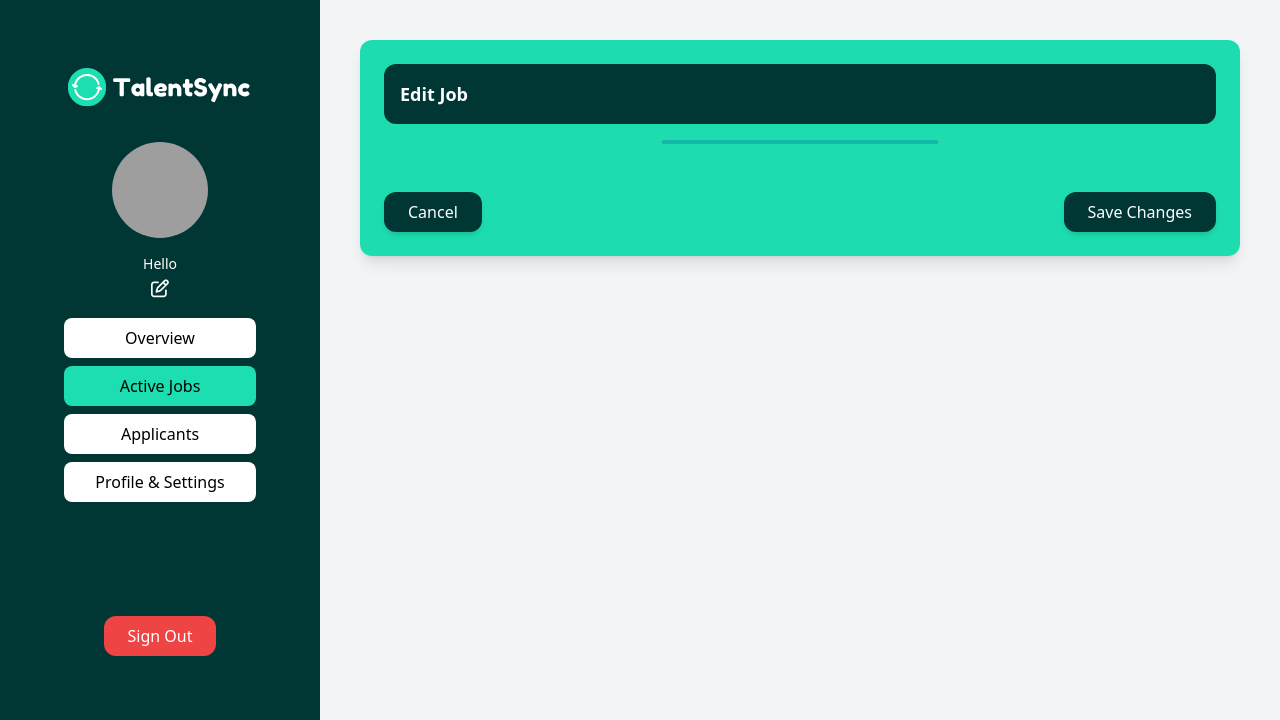
Repository: AbdullahScriptStudio/TalentSync
Page: recruiter/templates/recruiter/job_edit.html
These files come from the project's save history. The page is drawn as it stood at one moment and after the next save; the edit follows.
The browser window is 1280 px wide. The pictures show the whole page.
Pictures or frames that could not be fetched are drawn as grey boxes. Some web libraries are served in a nearby version. The page is served by the project's application, run on Django 5.2 (manage.py). Other server files are loaded and not shown. The template is opened directly, without the code that normally fills it, so the values that code supplies are empty.

Above is the page before, as saved 2025-03-26 23:15:10.

### recruiter/templates/recruiter/job_edit.html
<!DOCTYPE html>
<html lang="en">
{% load static %}

<head>
    <meta charset="UTF-8">
    <meta name="viewport" content="width=device-width, initial-scale=1.0">
    <script src="https://cdn.tailwindcss.com"></script>
    <link rel="stylesheet" href="https://cdnjs.cloudflare.com/ajax/libs/font-awesome/6.0.0-beta3/css/all.min.css">
    <title>Edit Job</title>
</head>

<body class="bg-gray-100">
    <div class="flex min-h-screen">
        <!-- Sidebar -->
        <div class="bg-[#003634] text-white w-1/4 p-6 flex flex-col items-center fixed h-full" style="padding: 4rem;">
            <div class="flex items-center mb-8">
                <img alt="TalentSync logo" class="w-48 h-auto" src="{% static 'images/logo.svg' %}" />
            </div>
            <img alt="Profile picture of {{ user.first_name }}" class="w-24 h-24 rounded-full mb-4" height="100" src="{% static 'images/dog-profile.svg' %}" width="100" />
            <div class="text-center mb-4">
                <p class="text-sm">Hello</p>
                <p class="text-lg">{{ user.first_name }} {{ user.last_name }} <i class="fa-regular fa-pen-to-square"></i></p>
            </div>
            <nav class="flex flex-col w-full">
                <a href="overviewDashboard.html" class="bg-white text-white py-2 px-4 rounded mb-2" style="border-radius: 0.5rem; color: rgb(0 0 0); text-align: center;">Overview</a>
                <a href="activeJobsDashboard.html" class="bg-[#1cdeb0] text-teal-900 py-2 px-4 rounded mb-2" style="border-radius: 0.5rem; color: rgb(0 0 0); text-align: center;">Active Jobs</a>
                <a href="applicantsDashboard.html" class="bg-white text-teal-900 py-2 px-4 rounded mb-2" style="border-radius: 0.5rem; color: rgb(0 0 0); text-align: center;">Applicants</a>
                <a href="#" class="bg-white text-teal-900 py-2 px-4 rounded mb-2" style="border-radius: 0.5rem; color: rgb(0 0 0); text-align: center;">Profile &amp; Settings</a>
            </nav>
            <a href="{% url 'user_logout' %}" class="mt-auto bg-red-500 py-2 px-6 rounded-xl">Sign Out</a>
        </div>

        <!-- Main Content -->
        <div class="flex-1 p-10 ml-[25%] overflow-y-auto">
            <div class="bg-[#1dddb0] p-6 rounded-xl shadow-lg">
                <h2 class="text-lg font-bold mb-4 bg-[#003634] text-white p-4 rounded-xl">Edit Job</h2>

                <!-- Progress Bar -->
                <div class="flex justify-center mb-6">
                    <div class="w-1/3 h-1 bg-gray-300 rounded-full">
                        <div class="h-full bg-teal-500 rounded-full" style="width: 100%;"></div>
                    </div>
                </div>

                <!-- Job Information Form -->
                <form method="POST">
                    {% csrf_token %}

                    <div class="grid grid-cols-1 md:grid-cols-2 gap-6">
                        {% for field in form %}
                        <div>
                            <label class="block text-lg font-semibold mb-2">{{ field.label }}</label>
                            <div class="relative">
                                {{ field }}
                            </div>
                            {% if field.errors %}
                                <p class="text-red-500 text-sm mt-1">{{ field.errors }}</p>
                            {% endif %}
                        </div>
                        {% endfor %}
                    </div>

                    <div class="flex justify-between mt-6">
                        <button type="button" class="bg-[#003634] text-white py-2 px-6 rounded-xl shadow-md hover:bg-[#002522] transition" onclick="window.location.href='/recruiter/jobs/'">Cancel</button>
                        <button type="submit" class="bg-[#003634] text-white py-2 px-6 rounded-xl shadow-md hover:bg-[#002522] transition">Save Changes</button>
                    </div>
                </form>
            </div>
        </div>
    </div>

    <script>
        document.addEventListener('DOMContentLoaded', function () {
            const inputs = document.querySelectorAll('input, select, textarea');
            inputs.forEach(input => {
                input.classList.add('w-full', 'p-3', 'text-sm', 'border', 'rounded-lg', 'focus:outline-none', 'focus:ring-2', 'focus:ring-teal-500');
            });
        });
    </script>
</body>
</html>

### talentsync/urls.py
"""
URL configuration for talentsync project.

The `urlpatterns` list routes URLs to views. For more information please see:
    https://docs.djangoproject.com/en/5.1/topics/http/urls/
Examples:
Function views
    1. Add an import:  from my_app import views
    2. Add a URL to urlpatterns:  path('', views.home, name='home')
Class-based views
    1. Add an import:  from other_app.views import Home
    2. Add a URL to urlpatterns:  path('', Home.as_view(), name='home')
Including another URLconf
    1. Import the include() function: from django.urls import include, path
    2. Add a URL to urlpatterns:  path('blog/', include('blog.urls'))
"""
from django.contrib import admin
from django.urls import path, include
from django.conf import settings
from django.conf.urls.static import static

urlpatterns = [
    path('admin/', admin.site.urls),
    path('recruiter/', include('recruiter.urls')),
    #path('applicant/', include('applicant.urls')),
    path('people/', include('people.urls')),
]


if settings.DEBUG:
    urlpatterns += static(settings.MEDIA_URL, document_root=settings.MEDIA_ROOT)

### recruiter/urls.py
from django.urls import path
from . import views
from django.conf.urls.static import static
from django.conf import settings



urlpatterns = [

    #adding new job
    #path('create/step1/', views.job_create_step1, name='job_create_step1'),
    #path('create/step2/', views.job_create_step2, name='job_create_step2'),
    #path('create/step3/', views.job_create_step3, name='job_create_step3'),
    path('job/post/', views.job_create_combined, name='job_create_combined'),
    #path('create/success/', views.job_post_success, name='job_post_success'), #to show job posted successfully
    path('jobs/', views.job_list, name='job_list'),
    path('jobs/description/<int:job_id>/', views.job_description, name='job_description'),
    path('job/edit/<int:id>/', views.job_edit, name='job_edit'),
    path('job/delete/<int:id>/', views.job_delete, name='job_delete'),
    path('dashboard/', views.recruiter_dashboard, name='recruiter_dashboard'),
]



if settings.DEBUG:
    urlpatterns += static(settings.MEDIA_URL, document_root=settings.MEDIA_ROOT)

### people/urls.py
from django.urls import path
from .views import register, user_login, user_logout, dashboard_redirect

urlpatterns = [
    path('register/', register, name='register'),
    path('login/', user_login, name='user_login'),
    path('logout/', user_logout, name='user_logout'),
    path('dashboard/', dashboard_redirect, name='dashboard_redirect'),
]

Loaded but not shown: static/images/logo.svg (1 lines, source omitted)

After the next save:
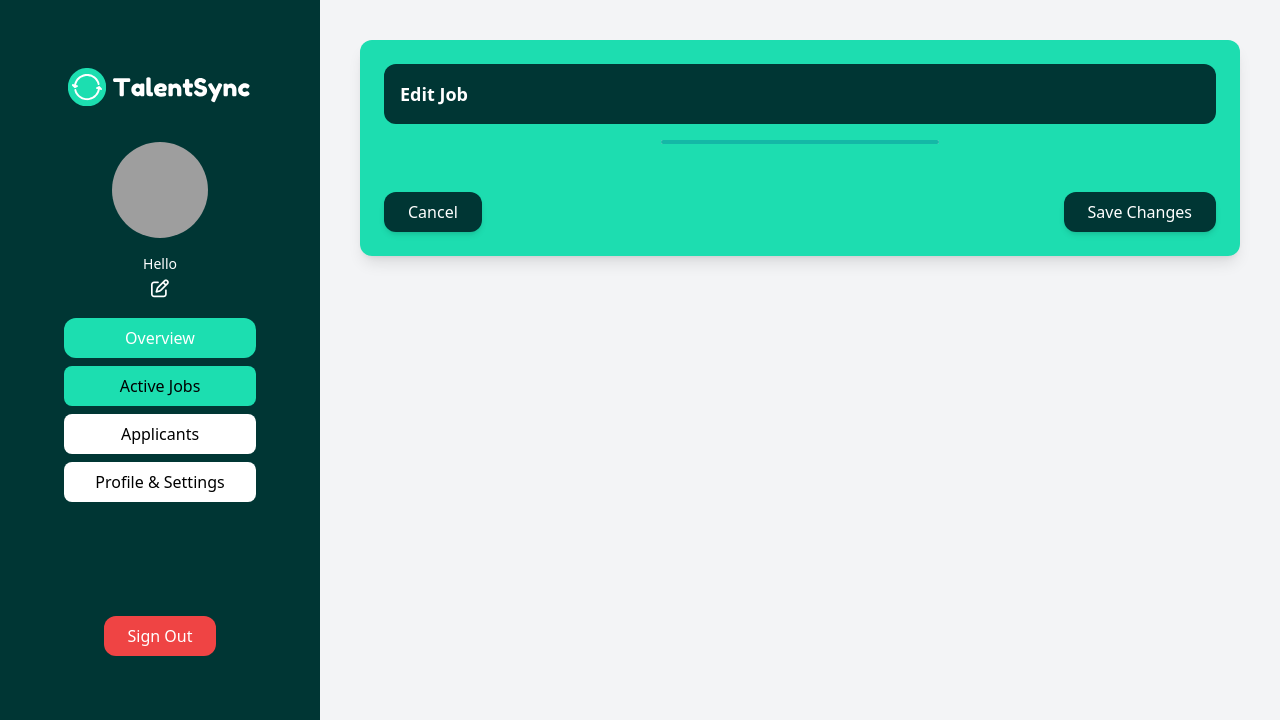
Saved 5 s later.
--- a/recruiter/templates/recruiter/job_edit.html
+++ b/recruiter/templates/recruiter/job_edit.html
@@ -23,7 +23,7 @@
                 <p class="text-lg">{{ user.first_name }} {{ user.last_name }} <i class="fa-regular fa-pen-to-square"></i></p>
             </div>
             <nav class="flex flex-col w-full">
-                <a href="overviewDashboard.html" class="bg-white text-white py-2 px-4 rounded mb-2" style="border-radius: 0.5rem; color: rgb(0 0 0); text-align: center;">Overview</a>
+                <a href="{% url 'recruiter_dashboard' %}" class="bg-[#1cdeb0] text-white py-2 px-4 rounded-xl mb-2 text-center">Overview</a>
                 <a href="activeJobsDashboard.html" class="bg-[#1cdeb0] text-teal-900 py-2 px-4 rounded mb-2" style="border-radius: 0.5rem; color: rgb(0 0 0); text-align: center;">Active Jobs</a>
                 <a href="applicantsDashboard.html" class="bg-white text-teal-900 py-2 px-4 rounded mb-2" style="border-radius: 0.5rem; color: rgb(0 0 0); text-align: center;">Applicants</a>
                 <a href="#" class="bg-white text-teal-900 py-2 px-4 rounded mb-2" style="border-radius: 0.5rem; color: rgb(0 0 0); text-align: center;">Profile &amp; Settings</a>
